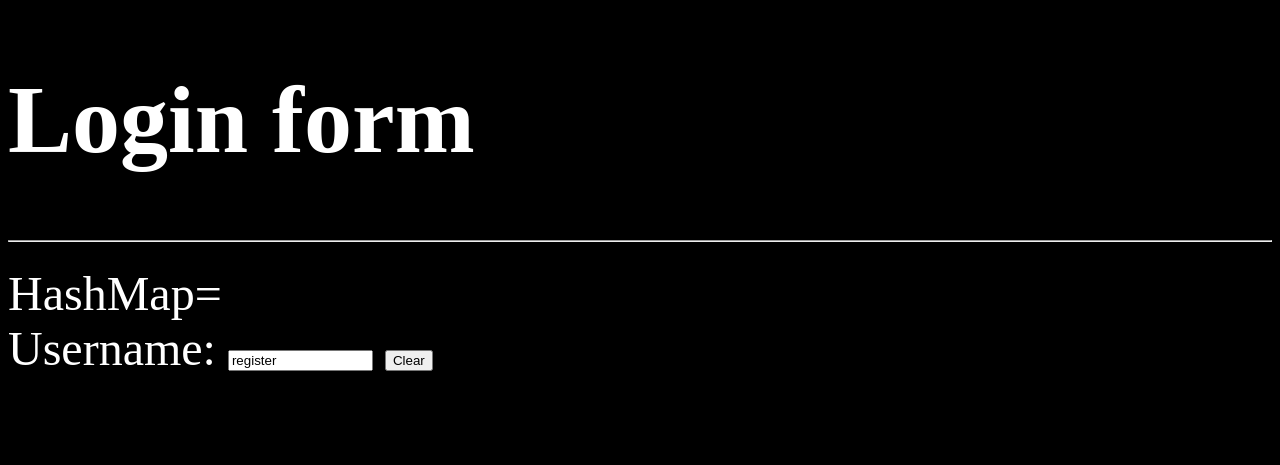
Repository: neerajagrrawal/Day8
Page: LoginApplication/WebContent/registration.html
The author's editor kept a copy of each file at every save. The page is drawn from the files as they stood at one save, then again after the next save.
The browser window is 1280 px wide. The pictures show the whole page.

Above is the page before, as saved 2018-09-05 11:52:49.

After the next save:
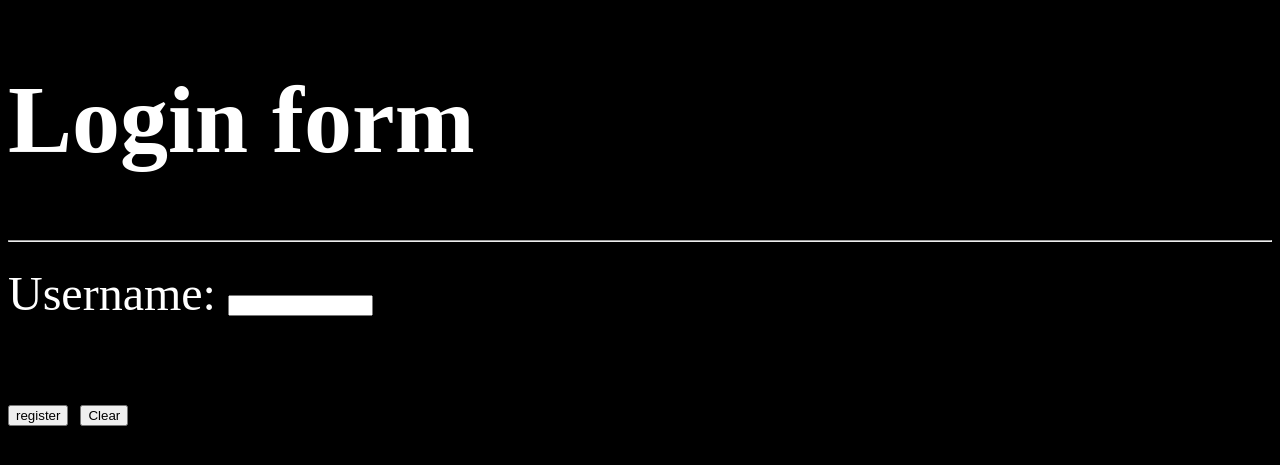
Saved 74 s later.
--- a/LoginApplication/WebContent/registration.html
+++ b/LoginApplication/WebContent/registration.html
@@ -8,10 +8,9 @@
 <font color="white" size="11">
 <h1>Login form</h1>
 <hr>
-HashMap<String,String>=
 <form action="register" method="post">
 <label>Username: </label>
-<input type="text" name="password" size="15>
+<input type="text" name="password" size="15">
 <br><br>
 <input type="submit" value="register"/>
 <input type="reset" value="Clear"/>
